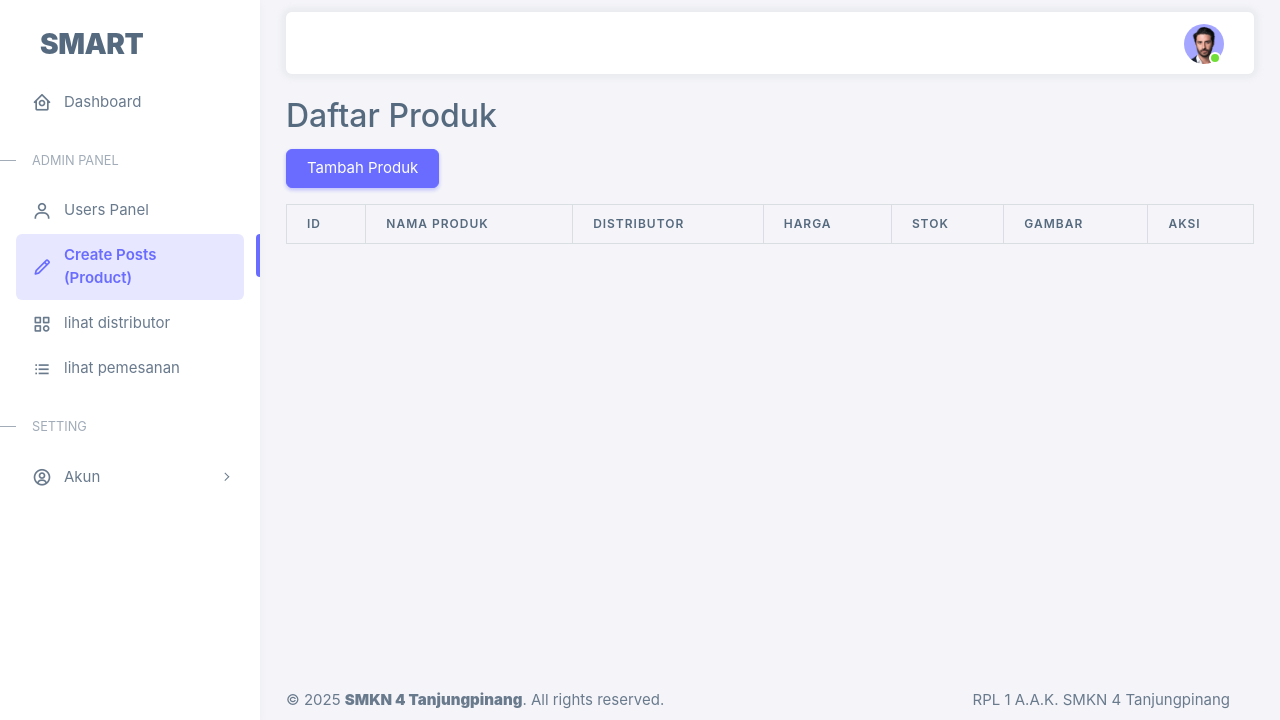
Repository: athalantis/SMart
Page: http://localhost/products.php
The author's editor kept a copy of each file at every save. The page is drawn from the files as they stood at one save, then again after the next save.
The browser window is 1280 px wide. The pictures show the whole page.
Some web fonts or font styles are not loaded; a fallback is used. The page is run by PHP 8.4 with error messages shown; the project is at /var/www/html/. The session is filled in as if someone had signed in: {"username": "testuser", "name": "Test User", "role": "admin", "user_id": 1}. Other server files are loaded and not shown. Queries for data that is not in the repository find no rows.

Above is the page before, as saved 2025-04-25 14:25:51.

### products.php
<?php
include ".includes/header.php";
$title = "Admin's Dashboard";
include ".includes/toast_notification.php";
include "config.php"; // Koneksi database

// Handle hapus produk
if ($_SERVER["REQUEST_METHOD"] == "POST" && isset($_POST['hapus_produk'])) {
    $id = $_POST['produk_id'];

    // Ambil gambar produk sebelum dihapus
    $stmt = $conn->prepare("SELECT gambar_produk FROM produk WHERE produk_id = ?");
    $stmt->bind_param("i", $id);
    $stmt->execute();
    $result = $stmt->get_result();
    $produk = $result->fetch_assoc();
    $stmt->close();

    if ($produk && !empty($produk['gambar_produk'])) {
        @unlink("product_picture/" . $produk['gambar_produk']);
    }

    // Hapus produk dari database
    $stmt = $conn->prepare("DELETE FROM produk WHERE produk_id = ?");
    $stmt->bind_param("i", $id);

    if ($stmt->execute()) {
        echo "<script>alert('Produk berhasil dihapus.'); window.location.href='dashboard.php';</script>";
    } else {
        echo "<div class='alert alert-danger'>Gagal menghapus produk.</div>";
    }
    $stmt->close();
}

// Query produk dengan informasi distributor
$query = "SELECT p.produk_id, p.nama_produk, p.harga, p.stok, p.gambar_produk, d.nama AS nama_distributor
          FROM produk p
          LEFT JOIN distributor d ON p.distributor_id = d.distributor_id";
$result = mysqli_query($conn, $query);
?>

<div class="container mt-4">
    <h2>Daftar Produk</h2>
    <a href="product_create.php" class="btn btn-primary mb-3">Tambah Produk</a>
    <table class="table table-bordered">
        <thead>
            <tr>
                <th>ID</th>
                <th>Nama Produk</th>
                <th>Distributor</th>
                <th>Harga</th>
                <th>Stok</th>
                <th>Gambar</th>
                <th>Aksi</th>
            </tr>
        </thead>
        <tbody>
            <?php while ($row = mysqli_fetch_assoc($result)) : ?>
                <tr>
                    <td><?= $row['produk_id'] ?></td>
                    <td><?= htmlspecialchars($row['nama_produk']) ?></td>
                    <td><?= htmlspecialchars($row['nama_distributor'] ?? 'Tidak Ada') ?></td>
                    <td>Rp<?= number_format($row['harga'], 0, ',', '.') ?></td>
                    <td><?= $row['stok'] ?></td>
                    <td>
                        <?php if (!empty($row['gambar_produk'])) : ?>
                            <img src="product_picture/<?= htmlspecialchars($row['gambar_produk']) ?>" width="80" alt="Produk">
                        <?php else : ?>
                            <span class="text-muted">Tidak ada gambar</span>
                        <?php endif; ?>
                    </td>
                    <td>
                        <a href="product_edit.php?id=<?= $row['produk_id'] ?>" class="btn btn-warning btn-sm">Edit</a>
                        <form method="POST" style="display:inline;">
                            <input type="hidden" name="produk_id" value="<?= $row['produk_id'] ?>">
                            <button type="submit" name="hapus_produk" class="btn btn-danger btn-sm" onclick="return confirm('Hapus produk ini?');">Hapus</button>
                        </form>
                    </td>
                </tr>
            <?php endwhile; ?>
        </tbody>
    </table>
</div>

<?php include ".includes/footer.php"; ?>

### .includes/header.php
<?php
// Memasukkan file konfigurasi database
include 'config.php';
// Memasukkan file init session
include "init_session.php";
?>

<!DOCTYPE html>
<html lang="en">
  <head>
    <meta charset="utf-8" />
    <meta name="viewport" content="width=device-width,
    initial-scale=1.0, user-scalable=no, minimum-scale=1.0, maximum-scale=1.0"
    />

    <title>Dashboard &mdash; SMart Market</title>
    <!-- Favicon -->
    <link rel="icon" type="image/x-icon" href="assets/img/favicon/favicon.ico" />
    <!-- Fonts -->
    <link href="https://fonts.googleapis.com/css2?family=Public+Sans:ital,wght@0,300;0,400;0,500;0,600;0,700;1,300;1,400;1,500;1,600;1,700&display=swap" rel="stylesheet" />
    <link rel="stylesheet" href="assets/vendor/fonts/boxicons.css" />

    <!-- Core CSS -->
    <link rel="stylesheet" href="assets/vendor/css/core.css" class="template-customizer-core-css" />
    <link rel="stylesheet" href="assets/vendor/css/theme-default.css" class="template-customizer-theme-css" />
    <link rel="stylesheet" href="assets/css/styles.css" />

    <!-- Vendors CSS -->
    <link rel="stylesheet" href="assets/vendor/css/dataTables.bootstrap5.min.css">
    <link rel="stylesheet" href="assets/vendor/libs/perfect-scrollbar/perfect-scrollbar.css" />
    <!-- Page CSS -->
    <!-- Summernote CSS and JS -->
    <link rel="stylesheet" href="assets/vendor/css/summernote.min.css">
    <!-- Helpers -->
    <script src="assets/vendor/js/helpers.js"></script>
    <!--! Template customizer & Theme config files MUST be included after core stylesheets and helpers.js in the <head> section -->
    <!--? Config:  Mandatory theme config file contain global vars & default theme options, Set your preferred theme option in this file.  -->
    <script src="assets/js/config.js"></script>
  </head>
  <body>
    <!-- Layout wrapper -->
    <div class="layout-wrapper layout-content-navbar">
      <div class="layout-container">
        <?php include "sidemenu.php"; ?>
        <!-- Layout container -->
        <div class="layout-page">
          <?php include "navbar.php"; ?>
          <!-- Content wrapper -->
          <div class="content-wrapper">
            <!-- Content -->

### config.php
<?php

$host = "localhost";
$username = "root";
$password = "";
$database = "smart";

$conn = mysqli_connect($host, $username, $password, $database);

if ($conn->connect_error) {
    die("database gagal terkoneksi: " . $conn->connect_error);
}

?>

### .includes/init_session.php
<?php
// Pastikan hanya memulai sesi jika belum dimulai
if (session_status() === PHP_SESSION_NONE) {
    session_start();
}

// Cek apakah session sudah diset sebelum mengaksesnya
$userId = $_SESSION["user_id"] ?? null;
$name = $_SESSION["name"] ?? null;
$role = $_SESSION["role"] ?? null;

// Notifikasi hanya ditampilkan sekali, lalu dihapus
if (!empty($_SESSION['notification'])) {
    $notification = $_SESSION['notification'];
    unset($_SESSION['notification']);
} else {
    $notification = null;
}

// Perbaikan logika pengecekan login
if (!$userId || !$role) {
    $_SESSION['notification'] = [
        'type' => 'danger',
        'message' => 'Silakan login terlebih dahulu!'
    ];
    header('Location: ./auth/login.php');
    exit();
}

### .includes/sidemenu.php
<?php
// Mulai output buffering agar tidak ada output sebelum header()
ob_start();

// Mulai session jika belum dimulai
if (session_status() === PHP_SESSION_NONE) {
    session_start();
}

// Pastikan role pengguna ada di session
include "init_session.php"; // Pastikan tidak ada output dalam file ini
$role = $_SESSION['role'] ?? 'user'; // Default role jika tidak ada
?>

<!-- Menu -->
<aside id="layout-menu" class="layout-menu menu-vertical menu bg-menu-theme">
    <div class="app-brand demo">
      <a href="<?= ($role === 'admin') ? 'dashmind.php' : 'dashboard.php'; ?>" class="app-brand-link">
        <span class="app-brand-text demo menu-text fw-bolder ms-2 text-uppercase">SMart</span>
      </a>
      <a href="javascript:void(0);" class="layout-menu-toggle menu-link text-large ms-auto d-block d-xl-none">
        <i class="bx bx-chevron-left bx-sm align-middle"></i>
      </a>
    </div>
    <div class="menu-inner-shadow"></div>

    <ul class="menu-inner py-1">
        <!-- Dashboard -->
        <li class="menu-item">
          <a href="<?= ($role === 'admin') ? 'dashmind.php' : 'dashboard.php'; ?>" class="menu-link">
            <i class="menu-icon tf-icons bx bx-home-circle"></i>
            <div data-i18n="Analytics">Dashboard</div>
          </a>
        </li>

        <?php if ($role !== 'admin') : ?>
        <li class="menu-header small text-uppercase"><span class="menu-header-text">Main</span></li>

        <li class="menu-item">
            <a href="javascript:void(0);" class="menu-link menu-toggle">
              <i class="menu-icon tf-icons bx bx-receipt"></i>
              <div data-i18n="Posts">Pemesanan</div>
            </a>
            <ul class="menu-sub">
              <li class="menu-item">
                <a href="pemesanan.php" class="menu-link">
                  <div data-i18n="Input groups">Riwayat pemesanan</div>
                </a>
              </li>
            </ul>
        </li>

        <li class="menu-item">
            <a href="javascript:void(0);" class="menu-link menu-toggle">
              <i class="menu-icon tf-icons bx bx-cart-alt"></i>
              <div data-i18n="Posts">Produk</div>
            </a>
            <ul class="menu-sub">
              <li class="menu-item">
                <a href="posts.php" class="menu-link">
                  <div data-i18n="Basic Inputs">Checkout</div>
                </a>
              </li>
              <li class="menu-item">
                <a href="kategori.php" class="menu-link">
                  <div data-i18n="Input groups">Kategori</div>
                </a>
              </li>
              <li class="menu-item">
                <a href="kategori.php" class="menu-link">
                  <div data-i18n="Input groups">Mall</div>
                </a>
              </li>
            </ul>
        </li>
        <?php endif; ?>

        <?php if ($role === 'admin') : ?>
        <li class="menu-header small text-uppercase"><span class="menu-header-text">Admin Panel</span></li>

        <li class="menu-item">
            <a href="users.php" class="menu-link">
              <i class="menu-icon tf-icons bx bx-user"></i>
              <div data-i18n="Users Panel">Users Panel</div>
            </a>
        </li>

        <li class="menu-item">
            <a href="products.php" class="menu-link">
              <i class="menu-icon tf-icons bx bx-pencil"></i>
              <div data-i18n="Create Post">Create Posts (Product)</div>
            </a>
        </li>

        <li class="menu-item">
            <a href="distributor.php" class="menu-link">
              <i class="menu-icon tf-icons bx bx-category"></i>
              <div data-i18n="Create Category">lihat distributor</div>
            </a>
        </li>

        <li class="menu-item">
            <a href="admin_pemesanan.php" class="menu-link">
                      <i class="menu-icon tf-icons bx bx-list-ul"></i>
              <div data-i18n="Create Category">lihat pemesanan</div>
            </a>
        </li>


        <?php endif; ?>

        <!-- Setting -->
        <li class="menu-header small text-uppercase"><span class="menu-header-text">Setting</span></li>
        <li class="menu-item">
            <a href="javascript:void(0);" class="menu-link menu-toggle">
              <i class="menu-icon tf-icons bx bx-user-circle"></i>
              <div data-i18n="Posts">Akun</div>
            </a>
            <ul class="menu-sub">
              <li class="menu-item">
                <a href="kategori.php" class="menu-link">
                  <div data-i18n="Input groups">Pengaturan akun</div>
                </a>
              </li>
              <li class="menu-item">
                <a href="logout.php" class="menu-link">
                  <div data-i18n="Input groups">Logout</div>
                </a>
              </li>
            </ul>
        </li>
    </ul>
</aside>
<!-- / Menu -->

<?php
// Akhiri output buffering
ob_end_flush();
?>

### .includes/navbar.php
<!-- Navbar -->
<nav class="layout-navbar container-xxl navbar navbar-expand-xl
navbar-detached align-items-center bg-navbar-theme" id="layout-navbar">
  <div class="layout-menu-toggle navbar-nav align-items-xl-center me-3 me-xl-0 d-xl-none">
    <a class="nav-item nav-link px-0 me-xl-4" href="javascript:void(0)">
      <i class="bx bx-menu bx-sm"></i>
    </a>
  </div>
  <div class="navbar-nav-right d-flex align-items-center" id="navbar-collapse">
    <ul class="navbar-nav flex-row align-items-center ms-auto">
      <!-- User -->
      <li class="nav-item navbar-dropdown dropdown-user dropdown">
        <a class="nav-link dropdown-toggle hide-arrow" href="javascript:void(0);" data-bs-toggle="dropdown">
          <div class="avatar avatar-online">
            <img src="assets/img/avatars/1.png" alt class="w-px-40 h-auto rounded-circle" />
          </div>
        </a>
        <ul class="dropdown-menu dropdown-menu-end">
          <li>
            <a class="dropdown-item" href="#">
              <div class="d-flex">
                <div class="flex-shrink-0 me-3">
                  <div class="avatar avatar-online">
                    <img src="assets/img/avatars/1.png" alt class="w-px-40 h-auto rounded-circle" />
                  </div>
                </div>
                <div class="flex-grow-1">
                  <span class="fw-semibold d-block"><?php echo $name; ?></span>
                  <small class="text-muted"><?php echo $role; ?></small>
                </div>
              </div>
            </a>
          </li>
          <li>
            <div class="dropdown-divider"></div>
          </li>
          <li>
            <a class="dropdown-item" href="auth/logout.php">
              <i class="bx bx-power-off me-2"></i>
              <span class="align-middle">Log Out</span>
            </a>
          </li>
        </ul>
      </li>
      <!--/ User -->
    </ul>
  </div>
</nav>
<!-- / Navbar -->

### .includes/toast_notification.php
<!-- Bootstrap Toast -->
<?php if ($notification): ?>
  <div id="notifikasi" class="bs-toast toast fade bg-<?= $notification['type'] ?> position-absolute m-3 end-0" role="alert" data-bs-autohide="true">
    <div class="toast-header">
      <i class="bx bx-bell me-2"></i>
      <strong class="me-auto"><?= $notification['title'] ?? 'Notifikasi' ?></strong>
      <button type="button" class="btn-close" data-bs-dismiss="toast" aria-label="Close"></button>
    </div>
    <div class="toast-body">
      <?= $notification['message'] ?>
    </div>
  </div>
<?php endif; ?>

<script>
  document.addEventListener('DOMContentLoaded', function () {
    const toastEl = document.getElementById('notifikasi');
    if (toastEl) {
      const toast = new bootstrap.Toast(toastEl);
      toast.show();
    }
  });
</script>

### .includes/footer.php
            <!-- Footer -->
            <footer class="content-footer footer bg-footer-theme">
              <div class="container-xxl d-flex flex-wrap justify-content-between py-2 flex-md-row flex-column">
                <div class="mb-2 mb-md-0">
                  ©
                  <script>
                    document.write(new Date().getFullYear());
                  </script>
                  <a href="#" target="_blank" class="footer-link fw-bolder">SMKN 4 Tanjungpinang</a>.
                  All rights reserved.
                </div>
                <div>
                  <a href="#" target="_blank" class="footer-link me-4">RPL 1 A.A.K. SMKN 4 Tanjungpinang</a>
                </div>
              </div>
            </footer>
            <!-- / Footer -->
            <div class="content-backdrop fade"></div>
          </div>
          <!-- Content wrapper -->
        </div>
        <!-- / Layout page -->
      </div>
      <!-- Overlay -->
      <div class="layout-overlay layout-menu-toggle"></div>
    </div>
    <!-- / Layout wrapper -->

    <!-- Core JS -->
    <!-- build:js assets/vendor/js/core.js -->
    <script src="assets/vendor/libs/jquery/jquery.js"></script>
    <script src="assets/vendor/js/bootstrap.bundle.min.js"></script>
    <script src="assets/vendor/libs/perfect-scrollbar/perfect-scrollbar.js"></script>
    <script src="assets/vendor/js/menu.js"></script>
    <!-- endbuild -->
    <!-- Main JS -->
    <script src="assets/js/main.js"></script>
    <!-- Datatables JS -->
    <script src="assets/vendor/libs/datatables/jquery.dataTables.min.js"></script>
    <script src="assets/vendor/libs/datatables/dataTables.bootstrap5.min.js"></script>
    <script src="assets/vendor/libs/datatables/datatables.js"></script>
    <!-- Summernote JS -->
    <script src="assets/vendor/libs/summernote/summernote.min.js" defer></script>
    <script src="assets/vendor/libs/summernote/summernote.js" defer></script>
    <!-- Active State JS -->
    <script src="assets/js/active-state-nav.js"></script>
</body>
</html>

### assets/css/styles.css
/*
* demo.css
* File include item demo only specific css only
******************************************************************************/

.menu .app-brand.demo {
  height: 64px;
  margin-top: 12px;
}

.app-brand-logo.demo svg {
  width: 22px;
  height: 38px;
}

.app-brand-text.demo {
  font-size: 1.75rem;
  letter-spacing: -0.5px;
  text-transform: lowercase;
}

/* ! For .layout-navbar-fixed added fix padding top tpo .layout-page */
/* Detached navbar */
.layout-navbar-fixed .layout-wrapper:not(.layout-horizontal):not(.layout-without-menu) .layout-page {
  padding-top: 76px !important;
}
/* Default navbar */
.layout-navbar-fixed .layout-wrapper:not(.layout-without-menu) .layout-page {
  padding-top: 64px !important;
}

/* Navbar page z-index issue solution */
.content-wrapper .navbar {
  z-index: auto;
}

/*
* Content
******************************************************************************/

.demo-blocks > * {
  display: block !important;
}

.demo-inline-spacing > * {
  margin: 1rem 0.375rem 0 0 !important;
}

/* ? .demo-vertical-spacing class is used to have vertical margins between elements. To remove margin-top from the first-child, use .demo-only-element class with .demo-vertical-spacing class. For example, we have used this class in forms-input-groups.html file. */
.demo-vertical-spacing > * {
  margin-top: 1rem !important;
  margin-bottom: 0 !important;
}
.demo-vertical-spacing.demo-only-element > :first-child {
  margin-top: 0 !important;
}

.demo-vertical-spacing-lg > * {
  margin-top: 1.875rem !important;
  margin-bottom: 0 !important;
}
.demo-vertical-spacing-lg.demo-only-element > :first-child {
  margin-top: 0 !important;
}

.demo-vertical-spacing-xl > * {
  margin-top: 5rem !important;
  margin-bottom: 0 !important;
}
.demo-vertical-spacing-xl.demo-only-element > :first-child {
  margin-top: 0 !important;
}

.rtl-only {
  display: none !important;
  text-align: left !important;
  direction: ltr !important;
}

[dir='rtl'] .rtl-only {
  display: block !important;
}

/*
* Layout demo
******************************************************************************/

.layout-demo-wrapper {
  display: -webkit-box;
  display: -ms-flexbox;
  display: flex;
  -webkit-box-align: center;
  -ms-flex-align: center;
  align-items: center;
  -webkit-box-orient: vertical;
  -webkit-box-direction: normal;
  -ms-flex-direction: column;
  flex-direction: column;
  margin-top: 1rem;
}
.layout-demo-placeholder img {
  width: 900px;
}
.layout-demo-info {
  text-align: center;
  margin-top: 1rem;
}

### assets/js/config.js
/**
 * Config
 * -------------------------------------------------------------------------------------
 * ! IMPORTANT: Make sure you clear the browser local storage In order to see the config changes in the template.
 * ! To clear local storage: (https://www.leadshook.com/help/how-to-clear-local-storage-in-google-chrome-browser/).
 */

'use strict';

// JS global variables
let config = {
  colors: {
    primary: '#696cff',
    secondary: '#8592a3',
    success: '#71dd37',
    info: '#03c3ec',
    warning: '#ffab00',
    danger: '#ff3e1d',
    dark: '#233446',
    black: '#000',
    white: '#fff',
    body: '#f4f5fb',
    headingColor: '#566a7f',
    axisColor: '#a1acb8',
    borderColor: '#eceef1'
  }
};

### assets/js/active-state-nav.js
    // Get the current page URL
    var currentUrl = window.location.href;
    // Iterate through each menu item and check if the href matches the current URL
    document.querySelectorAll('.menu-item').forEach(function(item) {
      var link = item.querySelector('a');
      if (link && link.href === currentUrl) {
        item.classList.add('active');
      }
    });

Loaded but not shown: assets/js/main.js (118 lines, source omitted)

After the next save:
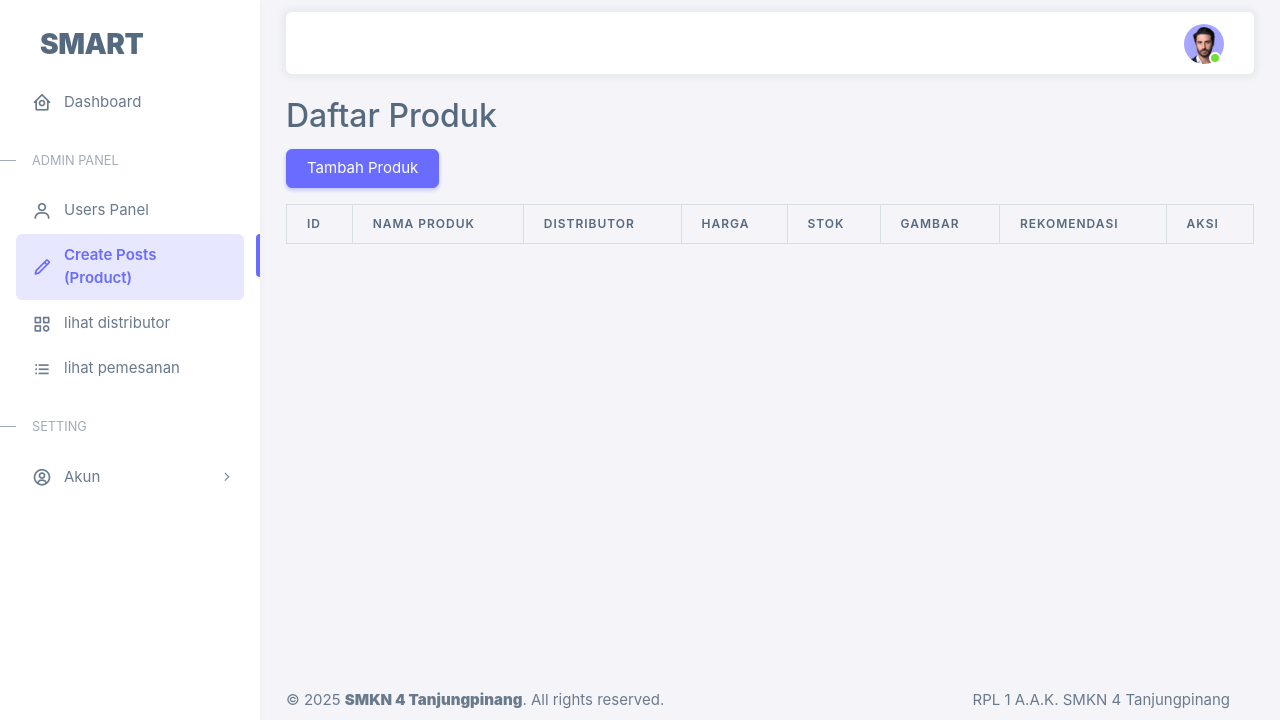
Saved 35 s later.
--- a/products.php
+++ b/products.php
@@ -33,7 +33,7 @@ if ($_SERVER["REQUEST_METHOD"] == "POST" && isset($_POST['hapus_produk'])) {
 }
 
 // Query produk dengan informasi distributor
-$query = "SELECT p.produk_id, p.nama_produk, p.harga, p.stok, p.gambar_produk, d.nama AS nama_distributor
+$query = "SELECT p.produk_id, p.nama_produk, p.harga, p.stok, p.gambar_produk, d.nama AS nama_distributor, p.recommendations
           FROM produk p
           LEFT JOIN distributor d ON p.distributor_id = d.distributor_id";
 $result = mysqli_query($conn, $query);
@@ -51,6 +51,7 @@ $result = mysqli_query($conn, $query);
                 <th>Harga</th>
                 <th>Stok</th>
                 <th>Gambar</th>
+                <th>Rekomendasi</th> <!-- New column for recommendations -->
                 <th>Aksi</th>
             </tr>
         </thead>
@@ -70,6 +71,9 @@ $result = mysqli_query($conn, $query);
                         <?php endif; ?>
                     </td>
                     <td>
+                        <input type="checkbox" class="recommendation-toggle" data-id="<?= $row['produk_id'] ?>" <?= $row['recommendations'] ? 'checked' : '' ?>>
+                    </td>
+                    <td>
                         <a href="product_edit.php?id=<?= $row['produk_id'] ?>" class="btn btn-warning btn-sm">Edit</a>
                         <form method="POST" style="display:inline;">
                             <input type="hidden" name="produk_id" value="<?= $row['produk_id'] ?>">
@@ -82,4 +86,28 @@ $result = mysqli_query($conn, $query);
     </table>
 </div>
 
+<script src="https://code.jquery.com/jquery-3.6.0.min.js"></script>
+<script>
+    // AJAX untuk mengupdate status rekomendasi
+    $(document).on('change', '.recommendation-toggle', function() {
+        var productId = $(this).data('id');
+        var recommendationStatus = $(this).prop('checked') ? 1 : 0;
+
+        $.ajax({
+            url: 'update_recommendation.php',
+            type: 'POST',
+            data: {
+                produk_id: productId,
+                recommendations: recommendationStatus
+            },
+            success: function(response) {
+                alert(response.message); // Show response message
+            },
+            error: function() {
+                alert('Gagal memperbarui status rekomendasi.');
+            }
+        });
+    });
+</script>
+
 <?php include ".includes/footer.php"; ?>
